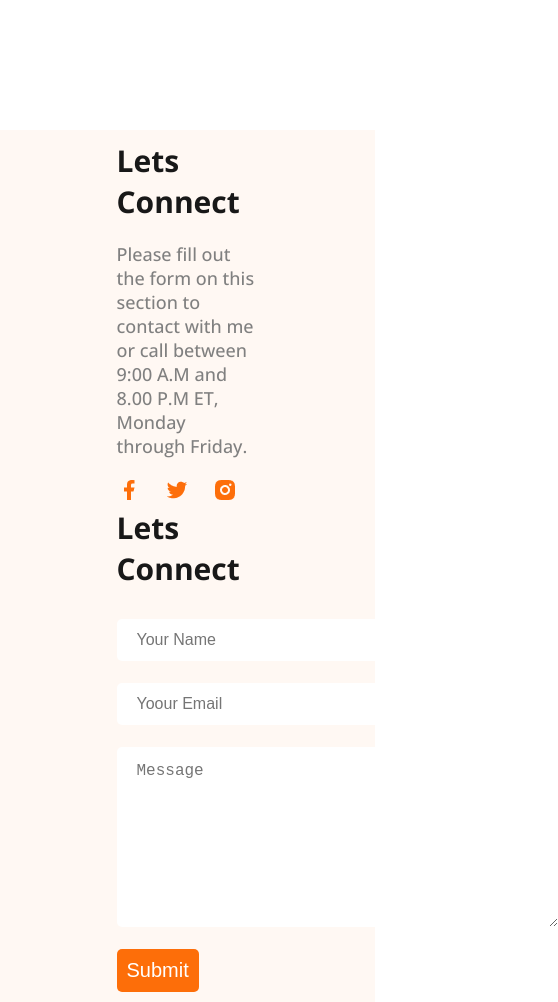
Repository: nahid-hasann/website-1
Page: index.html
These files come from the project's save history. The page is drawn as it stood at one moment and after the next save; the edit follows.
The browser window is 375 px wide. The page is 558 px wide, so the pictures cover 558 px, including what lies to the right of the window. The pictures show the whole page.

Above is the page before, as saved 2025-07-16 11:31:22.

After the next save:
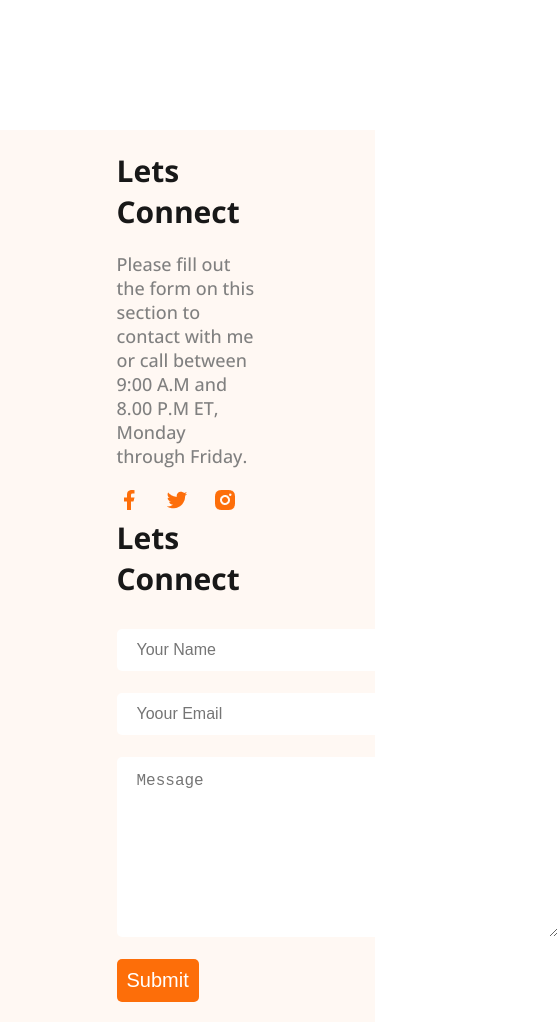
Saved 4 s later.
--- a/style.css
+++ b/style.css
@@ -348,6 +348,6 @@
 
     .main-footer{
         flex-direction: column;
-        padding: 10px 10px;
-    }
-}
+        padding: 20px 10px;
+    }
+}
